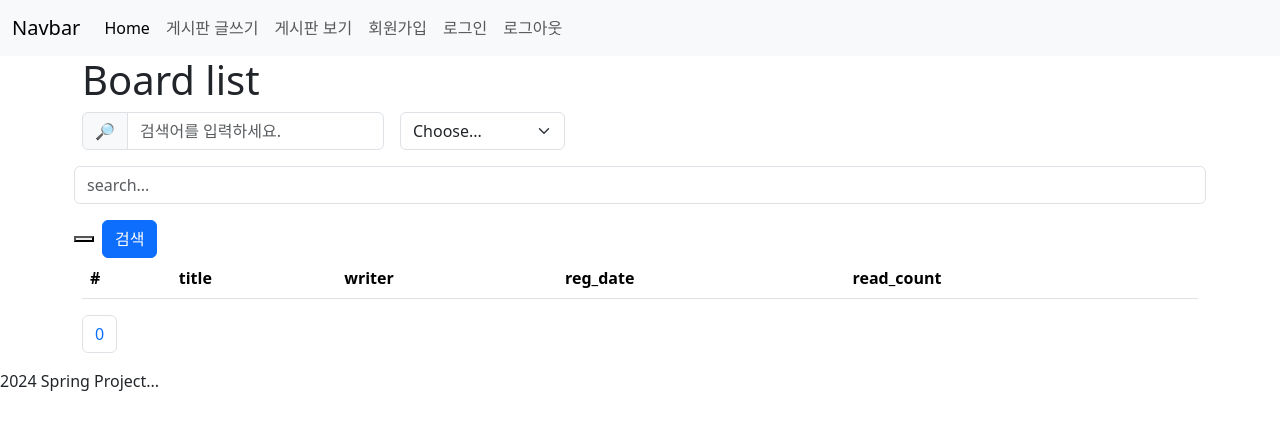
Repository: leegangjin/springTest240430
Page: http://localhost/spring_study/WEB-INF/views/board/list.jsp
The author's editor kept a copy of each file at every save. The page is drawn from the files as they stood at one save, then again after the next save.
The browser window is 1280 px wide. The pictures show the whole page.
The page is served by Tomcat 9. Nobody is signed in. The template is opened directly, without the code that normally fills it, so the values that code supplies are empty.

Above is the page before, as saved 2024-04-25 02:45:20.

After the next save:
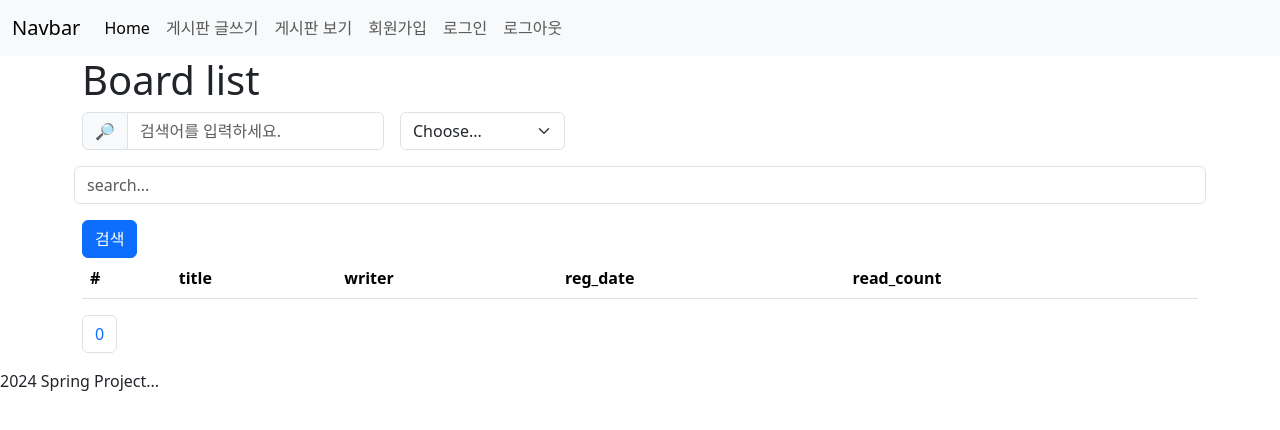
Saved 32 s later.
--- a/spring_study/src/main/webapp/WEB-INF/views/board/list.jsp
+++ b/spring_study/src/main/webapp/WEB-INF/views/board/list.jsp
@@ -32,7 +32,7 @@
   <input type="text" name="keyword" class="form-control" placeholder="search..." aria-label ="Recipien">
   <input type="hidden" name="pageNo"   value="1">
   <input type="hidden" name="qty"   value="10">
-  <button type="submit" class="btn-btn-primary-relative"></button>
+
 
   <div class="col-12">
     <button type="submit" class="btn btn-primary">검색</button>
